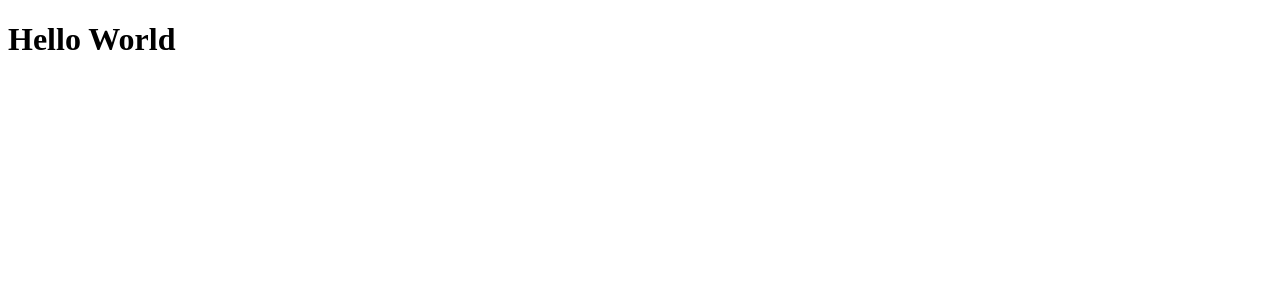
Repository: ARUN-YERRAM/REACTLEARNING
Page: / (app in REACTT/fronted/)
An editor plug-in stored every save of this project. The page is shown before and after a run of saves, followed by the edit.
The browser window is 1280 px wide. The pictures show the whole page.
The project was rebuilt for these pictures with package versions that can differ from the ones it lists, and the page was loaded fresh each time.

Above is the page before, as saved 2024-03-19 14:46:43.

### REACTT/fronted/src/index.js
import React from 'react';
import ReactDOM from 'react-dom/client';

import App from './App';

const root = ReactDOM.createRoot(document.getElementById('root'));
root.render(
  // <React.StrictMode>
    <App />
  // </React.StrictMode>
);

### REACTT/fronted/src/App.js



import Compo from "./Compo"


function App() {
  return (
    <>
    <h1> Hello World</h1>

    </>

  );
}
export default App;

### REACTT/fronted/src/Compo.js
function Compo(){
    return (
        <h2>
            Component in react
        </h2>
    )
}

Loaded but not shown: REACTT/fronted/public/index.html (common file)

After the next 2 saves:
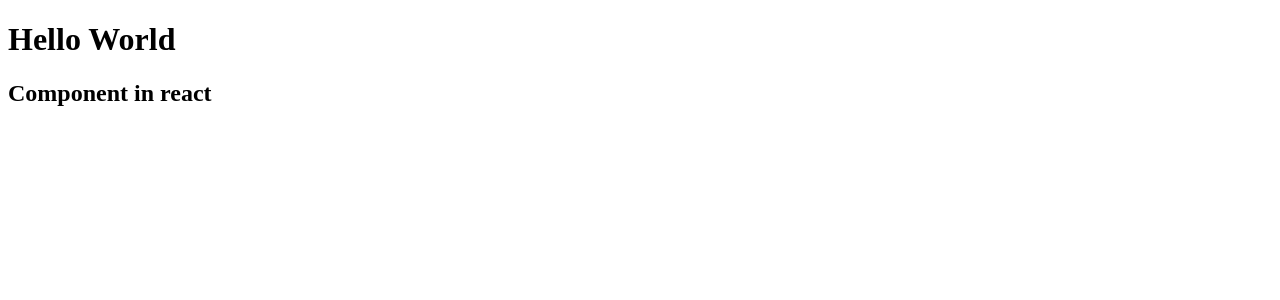
The 2 saves are shown as one change because 1 did not build or start.
The last was saved 54 s later.
--- a/REACTT/fronted/src/App.js
+++ b/REACTT/fronted/src/App.js
@@ -8,7 +8,7 @@
   return (
     <>
     <h1> Hello World</h1>
-
+    <Compo/>
     </>
 
   );
--- a/REACTT/fronted/src/Compo.js
+++ b/REACTT/fronted/src/Compo.js
@@ -5,3 +5,5 @@
         </h2>
     )
 }
+
+export default Compo;
